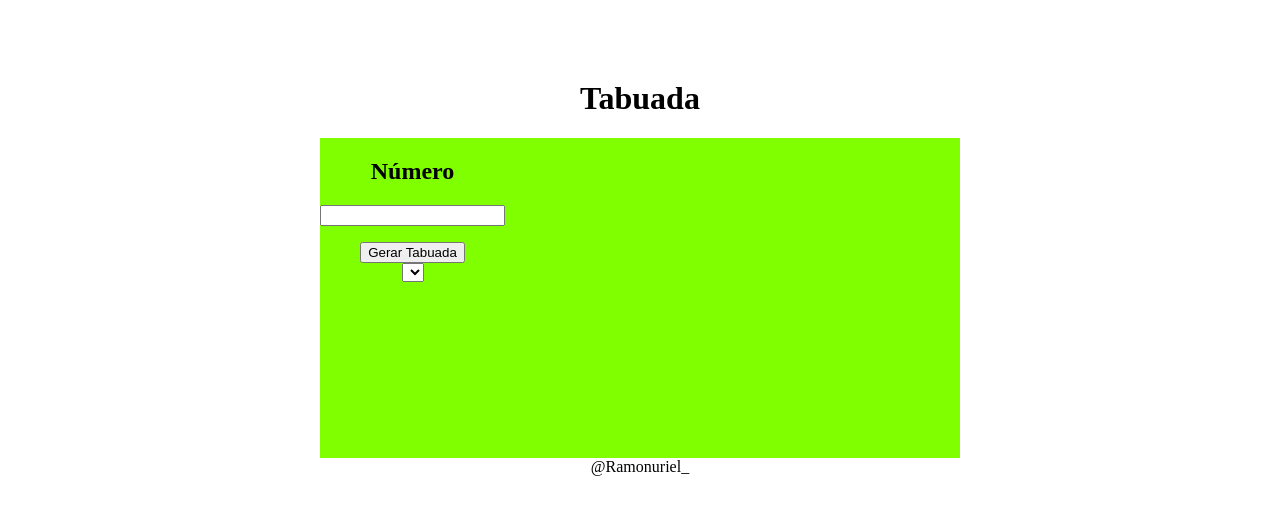
Repository: Ramonuriel/JS-Projetos
Page: Tabuada/tabuada.html
An editor plug-in stored every save of this project. The page is shown before and after the next save, followed by the edit.
The browser window is 1280 px wide. The pictures show the whole page.

Above is the page before, as saved 2023-01-04 15:19:58.

### Tabuada/tabuada.html
<!DOCTYPE html>
<html lang="pt-Br">

<head>
  <meta charset="UTF-8">
  <meta http-equiv="X-UA-Compatible" content="IE=edge">
  <meta name="viewport" content="width=device-width, initial-scale=1.0">
  <link rel="stylesheet" href="style.css">
  <title>Tabuada</title>
</head>

<body>

  <h1>Tabuada</h1>
  <section class="corpo">
    <section class="conteudo">

      <p>
      <h2>Número</h2>
      <input type="number" name="" id="entrada">
      </p>
      <input type="button" value="Gerar Tabuada">

      <div class="resultado">
        <select name="" id="saida"></select>
      </div>
    </section>

  </section>


  <footer>@Ramonuriel_
  </footer>
</body>

</html>

### Tabuada/style.css
body {
  margin: 0;
  padding: 0;
  text-align: center;
  margin-top: 5rem;
}

.corpo {
  display: inline-flex;
  width: 40rem;
  max-width: 80rem;
  height: 20rem;
  max-height: 40rem;
  background-color: chartreuse;
  justify-items: center;
}

.conteudo {
  display: inline-block;
  justify-content: center;
}

After the next save:
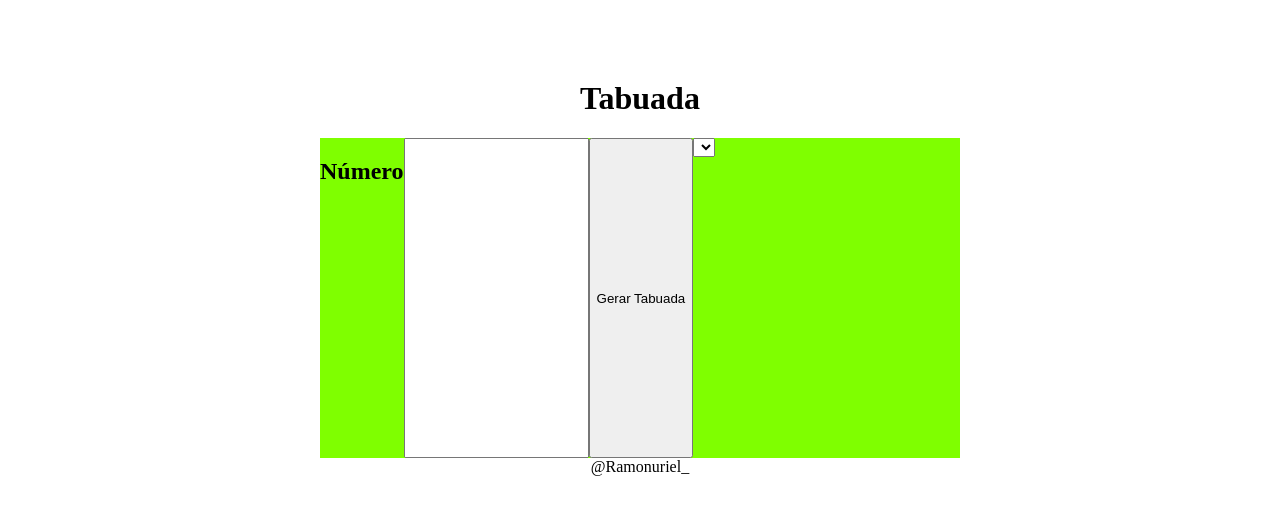
Saved 7 s later.
--- a/Tabuada/style.css
+++ b/Tabuada/style.css
@@ -16,6 +16,6 @@ body {
 }
 
 .conteudo {
-  display: inline-block;
+  display: inline-flex;
   justify-content: center;
 }
